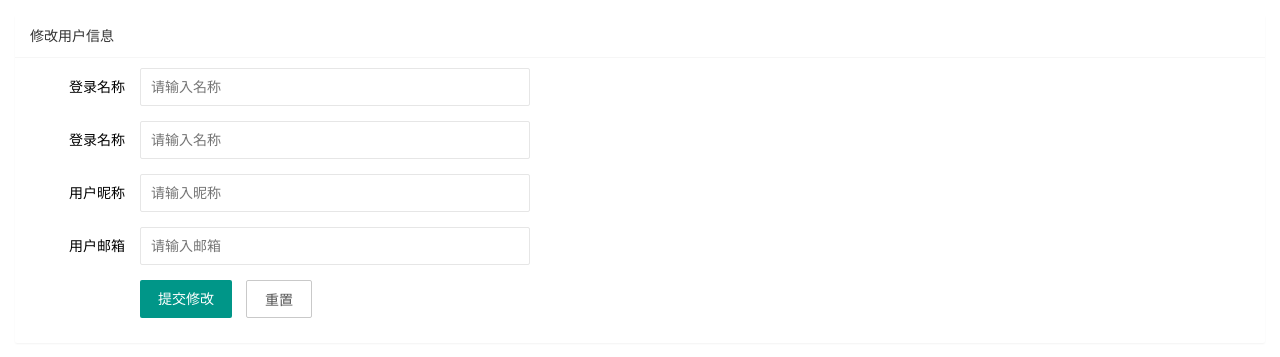
Repository: xxsleep/-
Page: home/user/user.html
These files come from the project's save history. The page is drawn as it stood at one moment and after the next save; the edit follows.
The browser window is 1280 px wide. The pictures show the whole page.
The page's requests for data from a server got no answer.

Above is the page before, as saved 2020-11-25 16:53:37.
Console error: TypeError: Cannot read properties of undefined (reading 'status')

### home/user/user.html
<!DOCTYPE html>
<html lang="en">

<head>
    <meta charset="UTF-8">
    <meta name="viewport" content="width=device-width, initial-scale=1.0">
    <title>Document</title>
    <link rel="stylesheet" href="/assets/lib/layui/css/layui.css">
    <link rel="stylesheet" href="/assets/css/user/user.css">
</head>

<body>
    <div class="layui-card">
        <div class="layui-card-header">修改用户信息</div>
        <div class="layui-card-body">
            <form class="layui-form" lay-filter="form" id="smBtn">
                <div class="layui-form-item layui">
                    <label class="layui-form-label">登录名称</label>
                    <div class="layui-input-block">
                        <input type="text" name="username" required lay-verify="required" placeholder="请输入名称"
                            autocomplete="off" class="layui-input" readonly>
                    </div>
                </div>
                <div class="layui-form-item">
                    <label class="layui-form-label">登录名称</label>
                    <div class="layui-input-block">
                        <input type="text" name="username" required lay-verify="required" placeholder="请输入名称"
                            autocomplete="off" class="layui-input" readonly>
                    </div>
                </div>
                <div class="layui-form-item">
                    <label class="layui-form-label">用户昵称</label>
                    <div class="layui-input-block">
                        <input type="text" name="nickname" required lay-verify="required" placeholder="请输入昵称"
                            autocomplete="off" class="layui-input">
                    </div>
                </div>
                <div class="layui-form-item">
                    <label class="layui-form-label">用户邮箱</label>
                    <div class="layui-input-block">
                        <input type="text" name="email" required lay-verify="required" placeholder="请输入邮箱"
                            autocomplete="off" class="layui-input">
                    </div>
                </div>
                <div class="layui-form-item">
                    <div class="layui-input-block">
                        <button class="layui-btn" lay-submit lay-filter="formDemo">提交修改</button>
                        <button type="reset" class="layui-btn layui-btn-primary" id="reBtn">重置</button>
                    </div>
                </div>
            </form>
        </div>
    </div>
    <script src="/assets/lib/jquery.js"></script>
    <script src="/assets/js/ajaxBase.js"></script>
    <script src="/assets/lib/layui/layui.all.js"></script>
    <script src="/assets/js/user/user.js"></script>
</body>

</html>

### assets/css/user/user.css
* {
    margin: 0;
    padding: 0;
}

body {
    padding: 15px;
}

.layui-form {
    width: 500px;
}

### assets/js/ajaxBase.js
$.ajaxPrefilter(function (options) {
    // 在每次jQ发送ajax请求前会执行该函数，通过该函数的形参options可以获取到每次ajax的配置项
    // 来修改每次请求的配置项
    options.url = "http://ajax.frontend.itheima.net" + options.url;

    if (options.url.indexOf("/my/") !== -1) {
        // 有 /my/ ==>  需要在请求头中携带 Authorization 身份认证字段
        options.headers = {
            Authorization: localStorage.getItem("token"),
        };
    }

    options.complete = function (xhr) {
        if (xhr.responseJSON.status !== 0 && xhr.responseJSON.message !== '获取用户基本信息成功') {
            localStorage.removeItem('token')
            location.href = '/home/login.html'
        }
    }





});

### assets/js/user/user.js
$(function () {
    let form = layui.form
    var id

    function getUser() {
        $.ajax({
            url: '/my/userinfo',
            success: function (res) {
                if (res.status !== 0) {
                    return layer.msg("获取用户基本信息失败！");
                }
                id = res.data.id
                form.val('form', res.data)
            }
        })
    }
    getUser()

    $('#reBtn').click(function (e) {
        e.preventDefault()
        getUser()
    })


    $('#smBtn').submit(function (e) {
        e.preventDefault()
        let data = form.val("form")
        data.id = id
        console.log(data);
        $.ajax({
            type: 'POST',
            url: '/my/userinfo',
            data: data,
            success: function (res) {
                if (res.status !== 0) {
                    return lay.msg("修改用户信息失败！")
                }
                getUser()
                window.parent.getIndex()
            }
        })
    })
})

Loaded but not shown: assets/lib/layui/css/layui.css (library); assets/lib/jquery.js (library); assets/lib/layui/layui.all.js (library); assets/lib/layui/css/modules/laydate/default/laydate.css (library); assets/lib/layui/css/modules/layer/default/layer.css (library); assets/lib/layui/css/modules/code.css (common file)

After the next save:
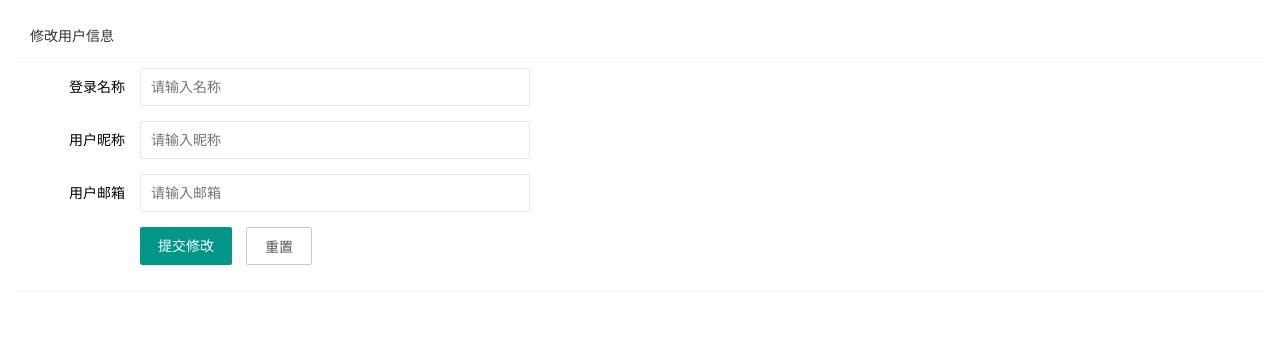
Saved 6 s later.
--- a/home/user/user.html
+++ b/home/user/user.html
@@ -14,7 +14,7 @@
         <div class="layui-card-header">修改用户信息</div>
         <div class="layui-card-body">
             <form class="layui-form" lay-filter="form" id="smBtn">
-                <div class="layui-form-item layui">
+                <div class="layui-form-item layui-hide">
                     <label class="layui-form-label">登录名称</label>
                     <div class="layui-input-block">
                         <input type="text" name="username" required lay-verify="required" placeholder="请输入名称"
